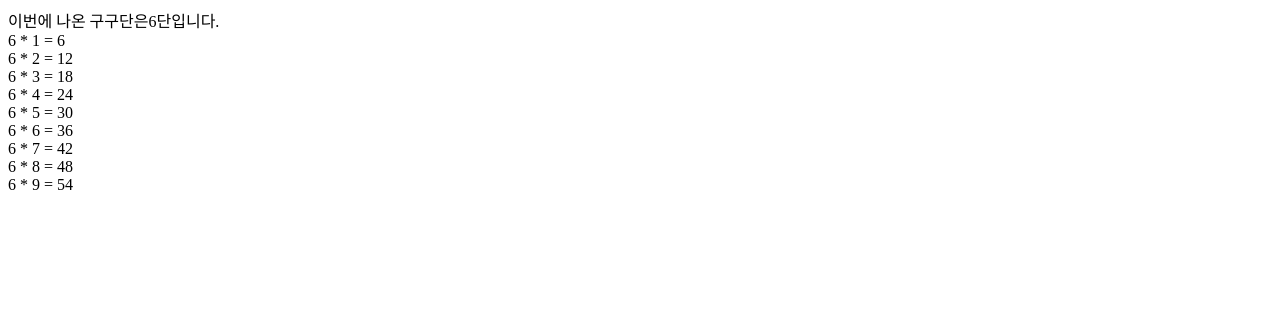
Repository: eun-chongzzz/jsp_practice
Page: http://localhost/JSPBasic/jspTag/TagQ02.jsp
These files come from the project's save history. The page is drawn as it stood at one moment and after the next save; the edit follows.
The browser window is 1280 px wide. The pictures show the whole page.
The page is served by Tomcat 9.

Above is the page before, as saved 2022-01-28 06:34:49.

After the next save:
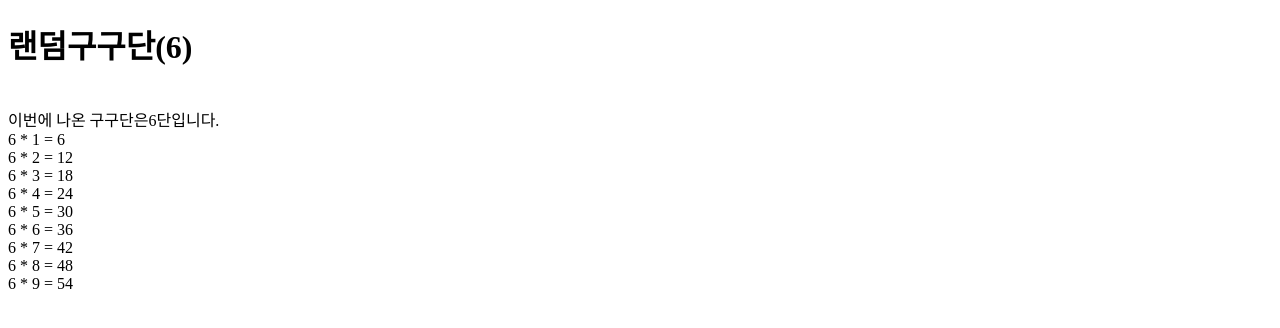
Saved 2 min 27 s later.
--- a/JSPBasic/src/main/webapp/jspTag/TagQ02.jsp
+++ b/JSPBasic/src/main/webapp/jspTag/TagQ02.jsp
@@ -11,10 +11,11 @@
 		public int total = 0;
 
 	%>
+
 	<%
 	int rN = (int)(Math.random() * 8) + 1;
-
-	out.println("이번에 나온 구구단은"+ rN + "단입니다." + "<br>");
+	out.println("<h1>랜덤구구단("+ rN + ")</h1>"+"<br/>");
+	out.println("이번에 나온 구구단은"+ rN + "단입니다." + "<br/>");
 	for(int j=1; j<10; j++){
 		out.println(rN + " * " + j + " = " + rN * j +"<br/>");
 	}
